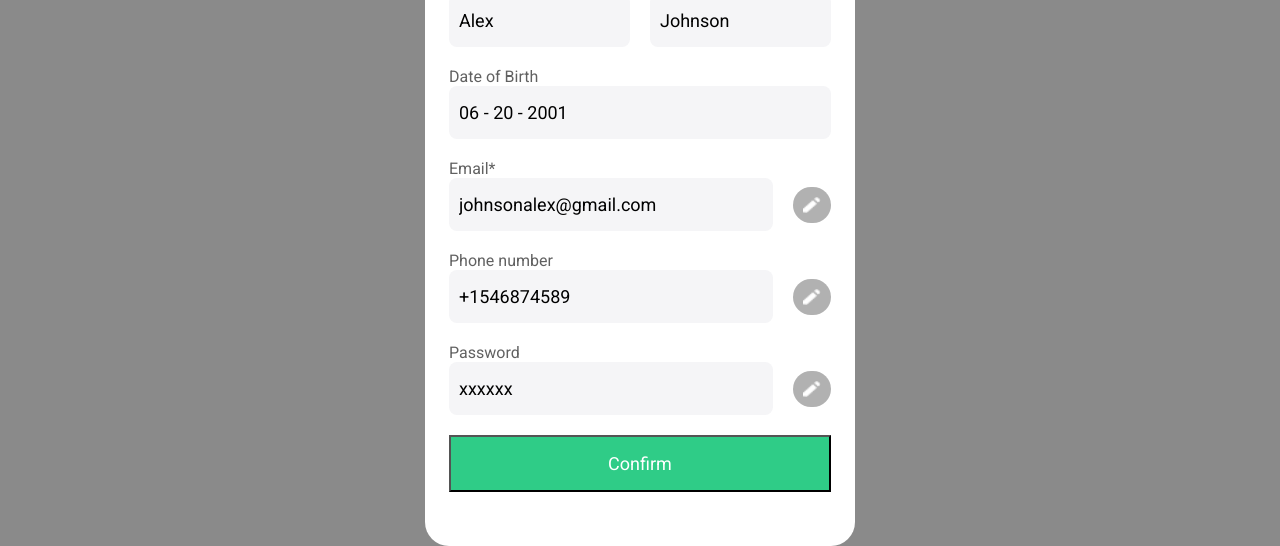
Repository: AytacSafarova/Task-figma-ui
Page: index.html
The author's editor kept a copy of each file at every save. The page is drawn from the files as they stood at one save, then again after a run of saves.
The browser window is 1280 px wide. The pictures show the part of the page from y = 300 to 846 px (the page is 846 px tall before and 842 px after).

Above is the page before, as saved 2023-02-25 17:16:24.

After the next 4 saves:
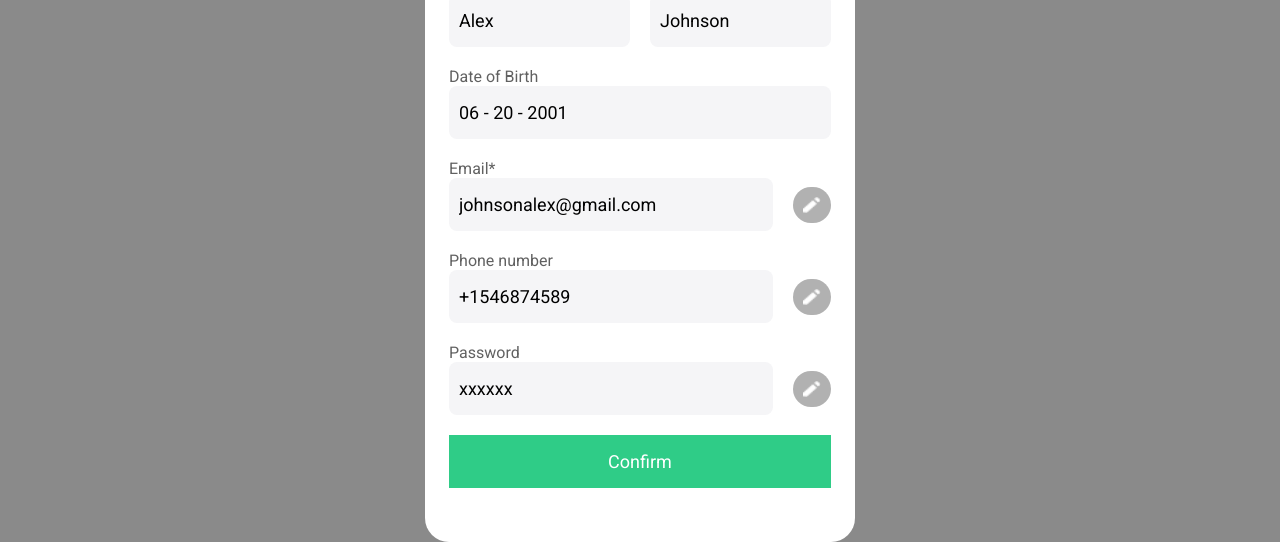
The 4 saves are shown as one change because they came seconds apart.
The last was saved 26 s later.
--- a/index.css
+++ b/index.css
@@ -109,4 +109,6 @@ button{
     color: #FFFFFF
     ;
 font-size: 18px;
+border: none;
+font-family: Roboto;
 }
